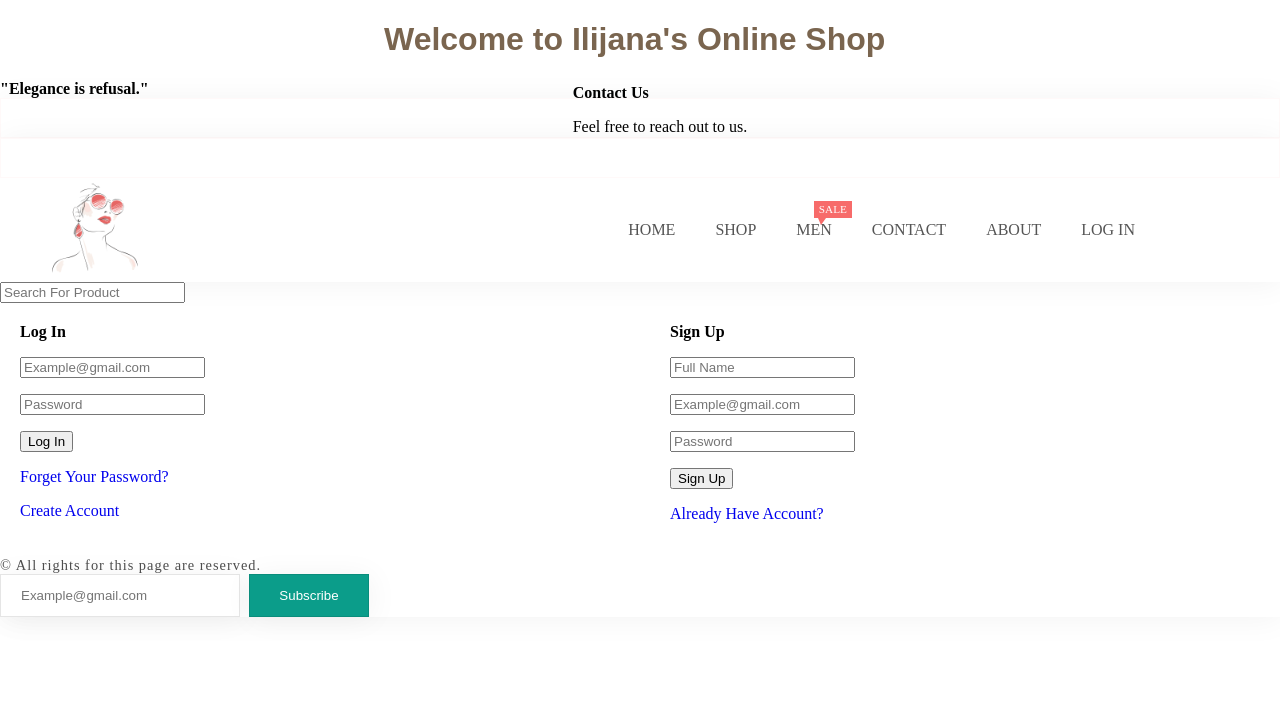
Repository: ilijana123/Proekt1
Page: html1.html
An editor plug-in stored every save of this project. The page is shown before and after the next save, followed by the edit.
The browser window is 1280 px wide. The pictures show the whole page.

Above is the page before, as saved 2023-11-14 13:21:50.
Console error: TypeError: Cannot read properties of null (reading 'addEventListener')

### html1.html
<!DOCTYPE html>
<html>
    <head>
    <meta charset="utf-8">
    <title>Online shop</title>
    <link rel="stylesheet" type="text/css" href="styles1.css">
    <script src="script.js"></script>
    </head>

    <body>
    <header>
       <h1>Welcome to Ilijana's Online Shop</h1>
       <!--Quote-->
    <blackguote>
       <Strong> "Elegance is refusal." </Strong>
    </blackguote>
    </header>

    <nav>
 <div class="social-call">
     <div class="social">
         <a href="#"><i class="fab fa-facebook-f"></i></a>
         <a href="#"><i class="fab fa-twitter"></i></a>
         <a href="#"><i class="fab fa-youtube"></i></a>
         <a href="#"><i class="fab fa-instagram"></i></a>
</div>
<div class="contact">
    <div class="contact-heading">
        <strong>Contact Us</strong>
        <p>Feel free to reach out to us.</p>
    </div>
    <div class="contact-details">
        <!-- Contact details go here -->
</div>
</div>
 </div>
 <!--Navigation-->

 <nav>
    <div class="social-call">
        <!-- Social and Contact Details -->
    </div>
    <!-- Navigation -->
    <div class="navigation">
        <a href="#" class="logo"><img src="logo.png"></a>
        <div class="toggle"></div>
        <ul class="menu">
            <li><a href="#">Home</a></li>
            <li id="shopMenu">
                <a href="#">Shop</a>
                <ul id="categoryMenu" class="hidden">
                    <li><a href="#clothes-section">Clothes</a></li>
                    <li><a href="#fashion-accessories-section">Fashion Accessories</a></li>
                    <li><a href="#shoes-section">Shoes</a></li>
                </ul>
            </li>
            <li><a href="#">Men</a>
                <span class="sale-lable">Sale</span>
            </li>
            <li><a href="#contact-section">Contact</a></li>
            <li><a href="#">About</a></li>
            <!-- Add id to Log In link -->
            <li><a href="login.html" id="loginLink">Log In</a></li>
        </ul>
    </nav>
 <div class="search-bar">
    <div class="search-input">
    <input type="text" placeholder="Search For Product" name="search" />
    <a href="javascript:void(0);" class="search-cancel">
        <i class="fas fa-times"></i>
    </a>
</div>
</div>
<!--Log-in and Sign-up form-->
 <div class="form">
    <div class="login-form">
        <a href="javascript:void(0);" class="form-cancel">
            <i class="fas fa-times"></i>
        </a>
        <strong>Log In</strong>
        <form>
            <p><input type="email" name="email" placeholder="Example@gmail.com" required/></p>
            <p><input type="password" name="password" placeholder="Password" required/></p>
            <p><input type="submit" value="Log In"/></p>
        </form>
        <div class="form-btns">
            <p><a href="#" class="forget">Forget Your Password?</a></p>
            <p><a href="javascript:void(0);" class="sign-up-btn">Create Account</a></p>
        </div>
    </div>
        <div class="sign-up-form">
        <a href="javascript:void(0);" class="form-cancel">
            <i class="fas fa-times"></i>
        </a>
            <strong>Sign Up</strong>
            <form>
                <p><input type="text" name="fullname" placeholder="Full Name" required/></p>
                <p><input type="email" name="email" placeholder="Example@gmail.com" required/></p>
                <p><input type="password" name="password" placeholder="Password" required/></p>
                <p><input type="submit" value="Sign Up"/></p>
            </form>
            <div class="form-btns">
                <a href="javascript:void(0);" class="already-account">
                    Already Have Account?</a>

            </div>
        </div>
</div>
    <footer>
        <span class="copyright">
            &copy All rights for this page are reserved.
        </span>
        <div class="subscribe">
            <form>
            <input type="email" placeholder="Example@gmail.com" required/>
            <input type="submit" value="Subscribe">
            </form>
        </div>
    </footer>
    </body>
</html>

### styles1.css
.blackquote
{
    font-family:fantasy;
}
h1  {
    font-family: fantasy;
    color:rgb(122, 101, 79);
    position:relative;
    margin-left: 30%;
}

body{
    margin:0px;
    padding: 0px;
    font-family: poppins;
    background-color: #ffffff;
}
*{
    box-sizing: border-box;
}
ul{
    list-style: none;
    margin-right: 80px;
    margin-left: 40px;
    text-decoration: solid;
}
a{
    text-decoration:none;
}
nav{
    width:100%;
    box-shadow: 2px 2px 30px rgba(0,0,0,0.05);
    z-index: 100;
}
.social-call{
    height: 40px;
    border: 1px solid rgba(246, 141, 141, 0.05);
    display: flex;
    justify-content: center;
    align-items: center;
}
.social a{
    margin: 0px 5px;
    color: rgba(0,0,0,0.7);
    font-size: 0.9rem;
}
.phone{
    color: rgba(0,0,0,0.7);
    margin-left: 30px;
    font-size: 0.9rem;
}
.social a:hover{
    color: #0b9d8a;
    transition: all ease 0.3s;
}
.navigation{
    display: flex;
    justify-content: space-between;
    align-items: center;
    padding: 0px 45px;
}
.logo img{
    height: 100px;
}
.menu{
    display: flex;
}
.menu li{
    position: relative;
    margin: 20px;
    display: flex;
    text-transform: uppercase;
    font-weight: 500;
}
.menu li a{
    color: #555555;
}
.right-menu a{
    margin: 0px 10px;
    font-size: 1.2rem;
    color: rgba(0,0,0,0.7);
}
.menu a:hover,
.right-menu a:hover,
.search-cancel:hover,
.form-cancel:hover{
    color: #0b9d8a;
    transition: all ease 0.3s;
}
.sale-lable{
    width:38px;
    height: 17px;
    background-color: #f76b6a;
    color: #ffffff;
    font-weight: 400;
    display: flex;
    justify-content: center;
    align-items: center;
    font-size: 0.7rem;
    text-transform: uppercase;
    position: absolute;
    top: -20px;
    right: -20px;
}
.sale-lable:after{
    content: '';
    width:0px;
    height: 0px;
    border-bottom: 5px solid transparent;
    border-left: 3px solid transparent;
    border-top: 7px solid #f76b6a;
    border-right: 5px solid transparent;
    position: absolute;
    left: 10%;
    top: 100%;
}
.fa-shopping-cart{
    position: relative;
}
.num-cart-product{
    position: absolute;
    top: -17px;
    right: -17px;
    width:25px;
    height: 25px;
    font-size: 0.8rem;
    border-radius: 50%;
    background-color: #0b9d8a;
    color: #ffffff;
    display: flex;
    justify-content: center;
    align-items: center;
    font-weight: 400;
}
.form {
    display: flex;
}

.login-form,
.sign-up-form {
    flex: 1;
    padding: 20px;
    box-sizing: border-box;
}

.login-form {
    margin-right: 20px;
}
.full-slider-box{
    width:100%;
    height: 65vh;
    display: flex;
    justify-content: center;
    align-items: center;
    background-size: cover;
    background-repeat: no-repeat;
    background-position: center;
}
.
footer{
    display: flex;
    justify-content: space-around;
    align-items: center;
    padding: 10px;
    border-top: 1px solid rgba(0,0,0,0.1);
    flex-wrap: wrap;
    margin-top: 20px;
}
.copyright{
    font-size: 0.9rem;
    color: #4e4e4e;
    letter-spacing: 1px;
}
.subscribe input{
    width:240px;
    height: 43px;
    padding: 0px 20px;
    border: 1px solid rgba(0,0,0,0.1);
    outline: none;
    box-shadow: 2px 2px 30px rgba(0,0,0,0.05);
}
.subscribe input[type="submit"]{
    width:120px;
    background-color: #0b9d8a;
    color: #ffffff;
    margin: 0px 5px;
}
.toggle{
    display: none;
}
@media(max-width:1010px){
    nav{
        position: relative;
    }
    .navigation{
        height: 80px;
    }
    .fix-nav{
        height: 80px;
    }
    .menu{
        position: absolute;
        top: 110px;
        left: 0px;
        background-color: #ffffff;
        border-bottom: 4px solid #0b9d8a;
        width: 100%;
        padding: 0px;
        margin: 0px;
        z-index: 102;
        flex-direction: column;
        display: none;

    }
    .fix-nav .menu{
        top: 80px;
    }
    .menu li{
        width:100%;
        margin: 0px;
        padding: 0px;
    }
    .navigation .menu li a{
        width:100%;
        height: 50px;
        display: flex;
        align-items: center;
        margin: 0px;
        padding: 25px;
        border: 1px solid rgba(0,0,0,0.03);
    }
    .sale-lable{
        display: none;
    }
    .toggle{
        display: block;
    }
    .toggle:before{
        content: '\f0c9';
        font-family: fontAwesome;
        line-height: 30px;
        z-index: 1;
        cursor: pointer;
    }
    .toggle.active:before{
        content: '\f00d';
    }
    .navigation.active .menu{
        display: block;
    }
    .full-slider-box,
    .banner-box{
        height: 45vh;
    }
    .f-slider-text span,
    .banner-text span{
        font-size: 0.9rem;
    }
    .f-slider-text strong,
    .banner-text strong{
        font-size: 2rem;
        line-height: 40px;
    }
    .search-input{
        height: 60px;
    }
    .search-input input,
    .search-cancel{
        font-size: 1.4rem;
    }
    .sale-box{
        height: 200px;
    }
}
@media(max-width:600px){
    .navigation{
        padding: 10px;
    }
    .f-slider-text strong,
    .banner-text strong{
        font-size: 1.2rem;
        line-height: 25px;
    }
    .full-slider-box,
    .banner-box{
        height: 30vh;
    }
    .f-slider-text span,
    .banner-text span{
        font-size: 0.8rem;
    }
    .f-slider-btn,
    .banner-btn{
        width:120px;
        height: 30px;
        font-size: 0.8rem;
    }
    .feature-heading h2{
        font-size: 1.2rem;
    }
    .feature-box{
        width:120px;
        height: 120px;
    }
    .new-arrival strong,
    .feature-heading strong{
        font-size: 1.2rem;
    }
    .new-arrival p,
    .feature-heading p{
        font-size: 0.8rem;
        text-align: center;
    }
    .sale-box{
        width:100%;
        height: 180px;
    }
    .sale{
        width: 100%;
    }
    .services{
        width:100%;
    }
    .services-box{
        width:100%;
    }
    .copyright{
        margin: 20px 0px;
        text-align: center;
    }
    .subscribe{
        width:100%;
    }
    .subscribe form{
        flex-wrap: nowrap;
        display: flex;
        width:100%;
    }
    .subscribe input{
        width:100%;
        flex-grow: 1;
    }
    .login-form,
    .sign-up-form{
        width:90%;
    }
}
.hidden {
    display: none;
}
#shopMenu {
    position: relative;
}

#categoryMenu
{
    position: absolute;
    list-style: none;
    top: 0px;
    padding: 0;
    margin-left: 0px;
    margin-top:20px;
    background-color: white;
}
footer{
    flex-direction: column;
    align-items: center;
  }

  .footerLeft{
    padding: 20px;
    width: 90%;
  }

  .footerRight{
    padding: 20px;
    width: 90%;
    align-items: center;
    background-color: whitesmoke;
  }

### script.js
document.addEventListener('DOMContentLoaded', function () {
    const searchToggle = document.querySelector('.search');
    const searchBar = document.querySelector('.search-bar');

    searchToggle.addEventListener('click', function () {
        searchBar.classList.toggle('active');
    });
    const loginBtn = document.querySelector('.user');
    const loginForm = document.querySelector('.login-form');
    const signUpForm = document.querySelector('.sign-up-form');
    const formCancelBtns = document.querySelectorAll('.form-cancel');
    const signUpBtn = document.querySelector('.sign-up-btn');
    const alreadyAccountBtn = document.querySelector('.already-account');

    loginBtn.addEventListener('click', function () {
        loginForm.style.display = 'flex';
    });

    signUpBtn.addEventListener('click', function () {
        signUpForm.style.display = 'flex';
    });

    alreadyAccountBtn.addEventListener('click', function () {
        loginForm.style.display = 'flex';
        signUpForm.style.display = 'none';
    });

    formCancelBtns.forEach(function (btn) {
        btn.addEventListener('click', function () {
            loginForm.style.display = 'none';
            signUpForm.style.display = 'none';
        });
    });
const productLink = 'https://example.com/product-1';

fetch(productLink)
    .then(response => response.text())
    .then(html => {
        const productDescription = extractProductDescription(html);
        console.log('Product Description:', productDescription);
        const productImages = extractProductImages(html);
        console.log('Product Images:', productImages);
    });

function extractProductDescription(html) {
  const descriptionElement = document.querySelector('.product-description');
          return descriptionElement.innerText;
}

function extractProductImages(html) {
  const imageElements = document.querySelectorAll('.product-image');
          return Array.from(imageElements).map(imageElement => imageElement.src);
}
const instagramContainer = document.querySelector('.mini-instagram');
const images = ['image1.jpg', 'image2.jpg', 'image3.jpg']; // Патеки до вашите слики
const comments = ['Comment 1', 'Comment 2', 'Comment 3']; // Коментари за сликите

images.forEach((image, index) => {
    const imgElement = document.createElement('img');
    imgElement.src = image;
    imgElement.alt = 'Instagram Image';

    const commentElement = document.createElement('p');
    commentElement.textContent = comments[index];

    const postElement = document.createElement('div');
    postElement.appendChild(imgElement);
    postElement.appendChild(commentElement);

    instagramContainer.appendChild(postElement);
});

// Пример за лајкови
const likeButtons = document.querySelectorAll('.like-button');
likeButtons.forEach(button => {
    button.addEventListener('click', function () {
        // Додадете код за обработка на лајковите
        alert('Liked!');
    });
});

});
document.addEventListener("DOMContentLoaded", function () {
    var toggleButton = document.querySelector('.toggle');
    var navigation = document.querySelector('.navigation');

    toggleButton.addEventListener('click', function () {
        navigation.classList.toggle('active');
    });
});
document.addEventListener('DOMContentLoaded', function () {
    // Променлива која ги претставува податоците за состојбата на најава
    let loggedIn = false;

    // Функција за прикажување на состојбата на најавата
    function updateLoginStatus() {
        const loginStatusElement = document.getElementById('loginStatus');

        if (loggedIn) {
            loginStatusElement.textContent = 'Најавени сте!';
        } else {
            loginStatusElement.textContent = 'Не сте најавени.';
        }
    }

    // Функција за најава
    function login() {
        // Симулација на проверка за веќе најавен корисник
        if (!loggedIn) {
            // Симулација на успешна најава
            loggedIn = true;

            // Повикај го ажурирањето на состојбата на најавата
            updateLoginStatus();
        }
    }

    // Додавање на event listener за најава на копчето
    const loginButton = document.getElementById('loginButton');
    loginButton.addEventListener('click', login);

    // Иницијализација на состојбата на најавата
    updateLoginStatus();
});
function updateLoginStatus() {
    // Да се извлече информацијата за најава од сесијата, локално схладилиште или друг механизам
    const isLoggedIn = checkIfUserIsLoggedIn(); // Ова е само пример, треба да го прилагодите според вашите потреби

    const loginStatusElement = document.getElementById('loginStatus');

    if (isLoggedIn) {
        loginStatusElement.textContent = 'Најавени сте!';
    } else {
        loginStatusElement.textContent = 'Не сте најавени.';
    }
}
document.addEventListener('DOMContentLoaded', function () {
    const shopMenu = document.getElementById('shopMenu');
    const categoryMenu = document.getElementById('categoryMenu');

    // Додајте event listener за mouseenter на "Shop" за да прикажете категории
    shopMenu.addEventListener('mouseenter', function () {
        categoryMenu.classList.remove('hidden');
    });

    // Додајте event listener за mouseleave на "Shop" за да исчезнат категориите
    shopMenu.addEventListener('mouseleave', function () {
        categoryMenu.classList.add('hidden');
    });
});


function showCategory(category) {
    // Скриј ги сите категории
    hideAllCategories();

    // Прикажи ја само избраната категорија
    var selectedCategory = document.getElementById(category);
    if (selectedCategory) {
        selectedCategory.classList.remove('cs-hidden');
    }
}

function hideAllCategories() {
    // Скриј ги сите категории
    var allCategories = document.querySelectorAll('.container');
    allCategories.forEach(function(category) {
        category.classList.add('cs-hidden');
    });
}

function likeProduct(productId) {
    // Implement like functionality for the specified product
    console.log(`Liked product ${productId}`);
}

function commentProduct(productId) {
    // Implement comment functionality for the specified product
    console.log(`Commented on product ${productId}`);
}

function orderProduct(productId) {
    // Implement order functionality for the specified product
    console.log(`Ordered product ${productId}`);
}

After the next save:
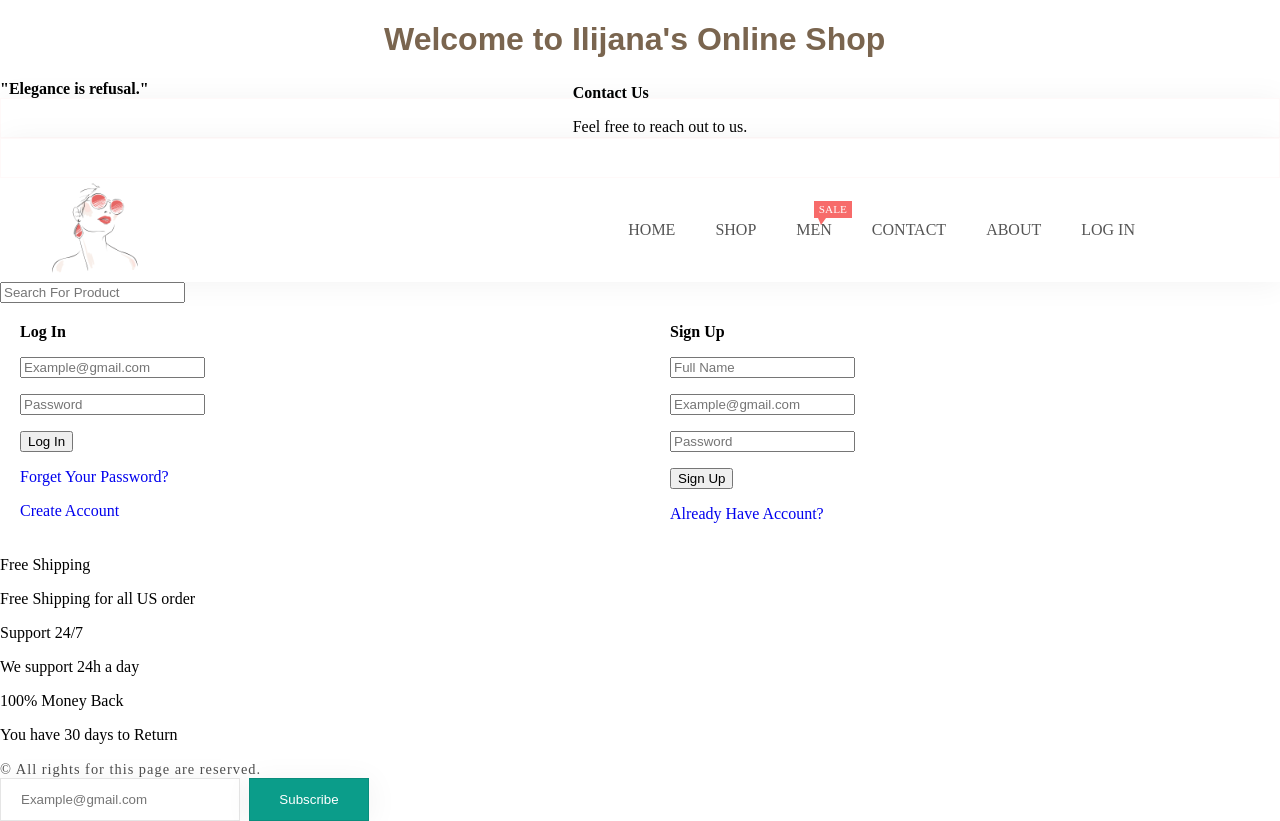
Saved 108 s later.
--- a/html1.html
+++ b/html1.html
@@ -106,6 +106,25 @@
             </div>
         </div>
 </div>
+<section class="services">
+
+    <div class="services-box">
+        <i class="fas fa-shipping-fast"></i>
+        <span>Free Shipping</span>
+        <p>Free Shipping for all US order</p>
+    </div>
+    <div class="services-box">
+        <i class="fas fa-headphones-alt"></i>
+        <span>Support 24/7</span>
+        <p>We support 24h a day</p>
+    </div>
+    <div class="services-box">
+        <i class="fas fa-sync"></i>
+        <span>100% Money Back</span>
+        <p>You have 30 days to Return</p>
+    </div>
+
+</section>
     <footer>
         <span class="copyright">
             &copy All rights for this page are reserved.
